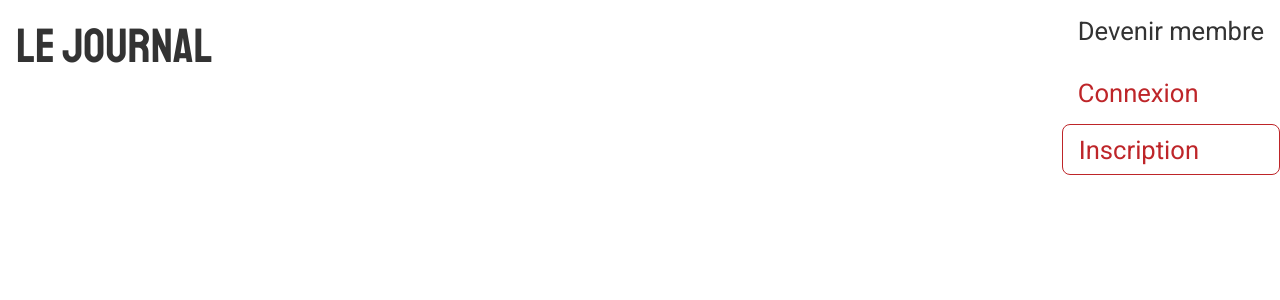
Repository: AmelYahyaoui/journal
Page: index.html
These files come from the project's save history. The page is drawn as it stood at one moment and after a run of saves; the edit follows.
The browser window is 1280 px wide. The pictures show the whole page.
Some web libraries are served in a nearby version.

Above is the page before, as saved 2024-10-07 16:39:36.

### index.html
<!DOCTYPE html>
<html lang="en">
<head>
  <meta charset="UTF-8">
  <meta name="viewport" content="width=device-width, initial-scale=1.0">
  <link rel="stylesheet" href="./css/style.css">
  <!-- font awesome pour les icons -->
  <script src="https://kit.fontawesome.com/86cd9e8130.js" crossorigin="anonymous"></script>
  <link rel="stylesheet" media="only screen and (max-width:500px)"  href="./css/style.mobile.css">
  <!-- googl fonts(font family on deux:staatliches et roboto) -->
  <link href="https://fonts.googleapis.com/css2?family=Staatliches&display=swap" rel="stylesheet">
  <link href="https://fonts.googleapis.com/css2?family=Roboto:ital,wght@0,100;0,300;0,400;0,500;0,700;0,900;1,100;1,300;1,400;1,500;1,700;1,900&family=Staatliches&display=swap" rel="stylesheet">
  <title>Document</title>
</head>
<body>
  <header>
    <a href="#" class="logo">le journal</a>
    <ul>
      <li><a href="">Devenir membre</a></li>
      <li><a class="text-primary" href="">Connexion</a></li>
      <li><a class="btn btn-light" href="">Inscription</a></li>
    </ul>
  </header>
</body>
</html>

### css/style.css
/* & reset */
* {
  margin: 0;
  padding: 0;
  box-sizing: border-box;
}

/* ^ general  */
/* def pour color */
:root {
  --primary: #be2529;
  --dark: #333;
  --secondary: #0d0d0d;
  --gray: #ddd;
  --gray-light: #eee;
  --gray-hint: #555;

}

/* pour tout html */
:root {
  font-size: 1100;
}

body {
  font-family: "Roboto", sans-serif;

}

h1,
h2,
h3,
h4,
h5,
h6 {
  font-family: "Staatliches", cursive;
}

a {
  font-size: 1.6rem;
  color: var(--dark);
  text-decoration: none;
}

ul {
  list-style: none;
}

/* ~ utility */
.container {
  display: block;
  margin: auto;
  max-width: 1100px;
}

.text-primary {
  color: var(--primary);
}

/* hover simple */
.text-primary:hover {
  opacity: 0.8;
}

.btn{
  padding:0.6rem 1rem;
  border-radius: 0.5rem;
  cursor:pointer;
  border:0px;
  -webkit-border-radius: 0.5rem;
  -moz-border-radius: 0.5rem;
  -ms-border-radius: 0.5rem;
  -o-border-radius: 0.5rem;
}

.btn-light{
  background: white;
  border: 1px solid var(--primary);
  color: var(--primary);
}









/* ~ Header */

header{
 display: grid;
 grid-template-columns: 1fr auto;

}

header .logo {
  font-size: 3rem;
  font-family: "Staatliches", cursive;
}
header a {
  display: block;
  padding: 1rem;
}

headre ul {
  display: flex;
}

header ul li a {
  padding: 1rem;
}

Loaded but not shown: css/style.mobile.css (no stored copy; drawn as an empty file)

After the next 5 saves:
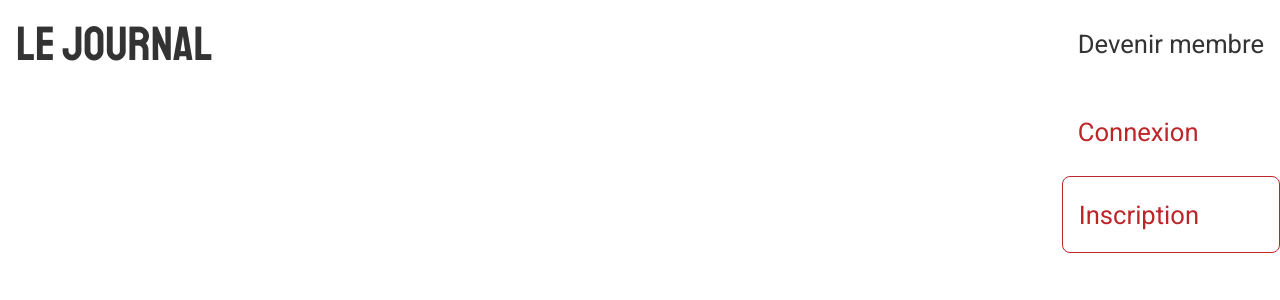
The 5 saves are shown as one change because they came seconds apart.
The last was saved 18 s later.
--- a/css/style.css
+++ b/css/style.css
@@ -92,6 +92,7 @@
 header{
  display: grid;
  grid-template-columns: 1fr auto;
+ line-height: 3.5rem;
 
 }
 
